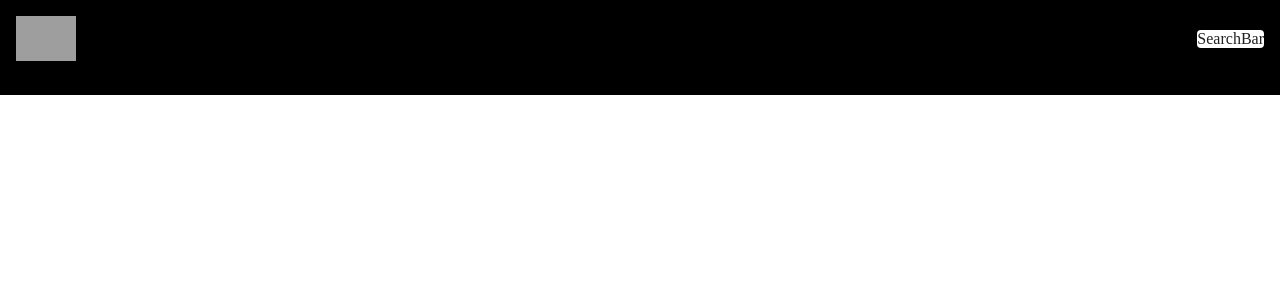
Repository: Deeraj2/youtube_clone
Page: /
These files come from the project's save history. The page is drawn as it stood at one moment and after a run of saves; the edit follows.
The browser window is 1280 px wide. The pictures show the whole page.
Pictures or frames that could not be fetched are drawn as grey boxes. The project was rebuilt for these pictures with package versions that can differ from the ones it lists, and the page was loaded fresh each time. Also part of the build but not shown: src/utils/constants.js, src/components/VideoDetail.jsx, src/components/ChannelDetail.jsx, src/components/SearchFeed.jsx.

Above is the page before, as saved 2022-12-26 15:23:27.

After the next 2 saves:
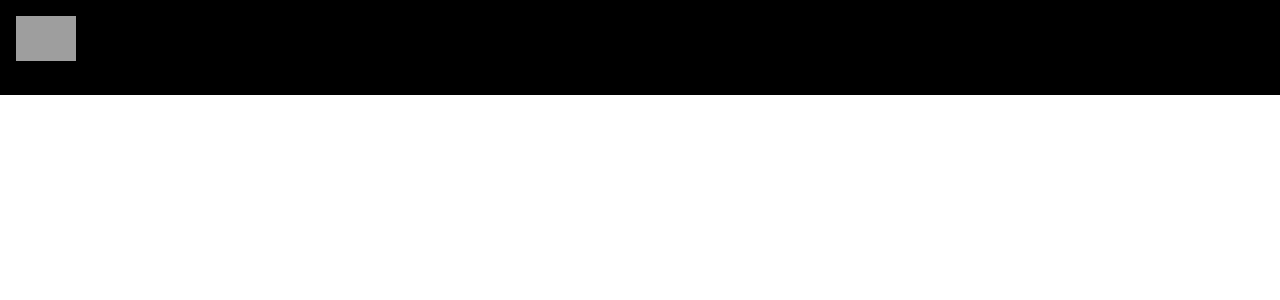
The 2 saves are shown as one change because they came seconds apart.
The last was saved 27 s later.
--- a/src/components/SearchBar.jsx
+++ b/src/components/SearchBar.jsx
@@ -7,7 +7,8 @@
   return (
     <Paper
         component="form"
-    >SearchBar
+    >
+
     </Paper>
   )
 }
